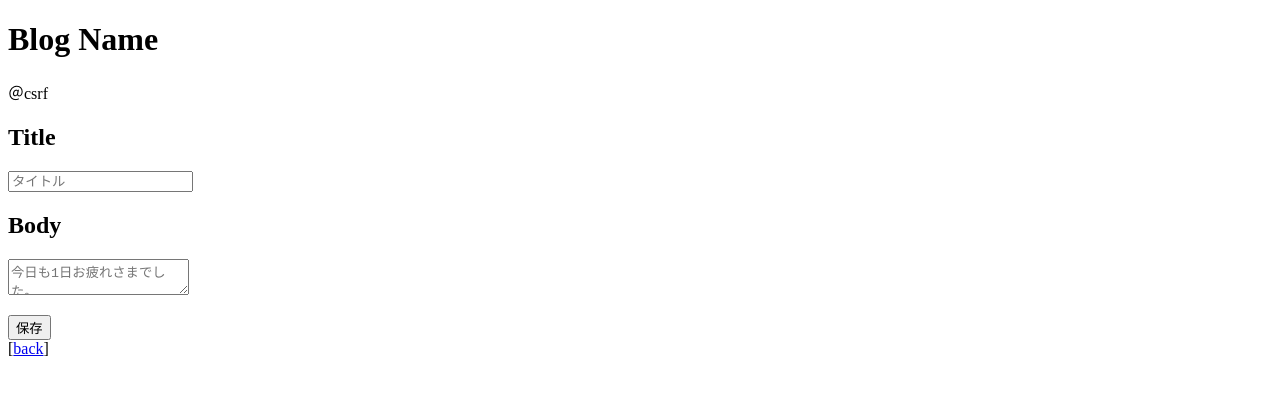
Repository: takahiro-tasaka/private01
Page: http://localhost/posts/create
The author's editor kept a record of every edit. The page is drawn from the files as they stood at one moment, then again after the next edit.
The browser window is 1280 px wide. The pictures show the whole page.
The page is served by the project's Laravel application, run on PHP 8.4 with Laravel 8.

Above is the page before.

After the next edit:
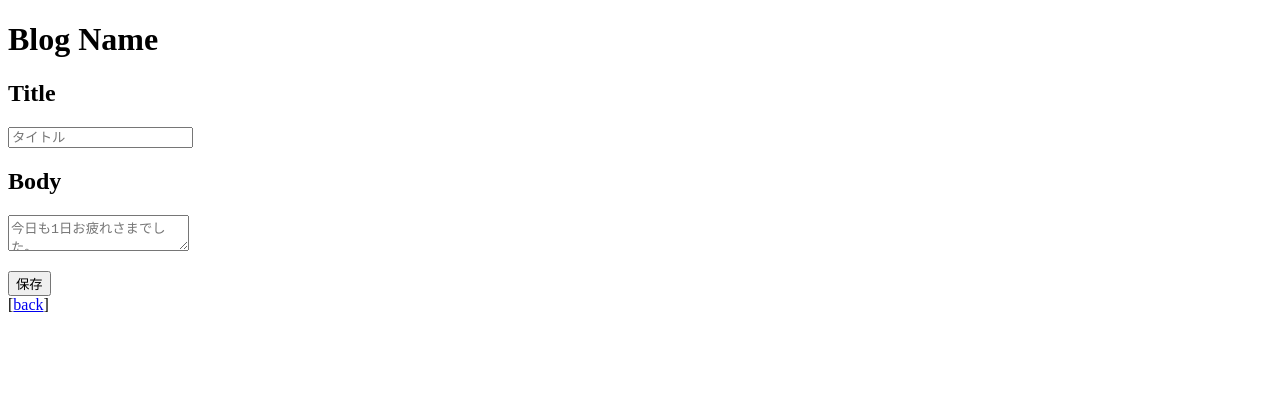
The edit:
--- a/blog/resources/views/create.blade.php
+++ b/blog/resources/views/create.blade.php
@@ -8,7 +8,7 @@
     <body>
         <h1>Blog Name</h1>
         <form action="/posts" method="POST">
-            ＠csrf
+            @csrf
             <div class="title">
                 <h2>Title</h2>
                 <input type="text" name="post[title]" placeholder="タイトル" value="{{ old('post.title') }}"/>
